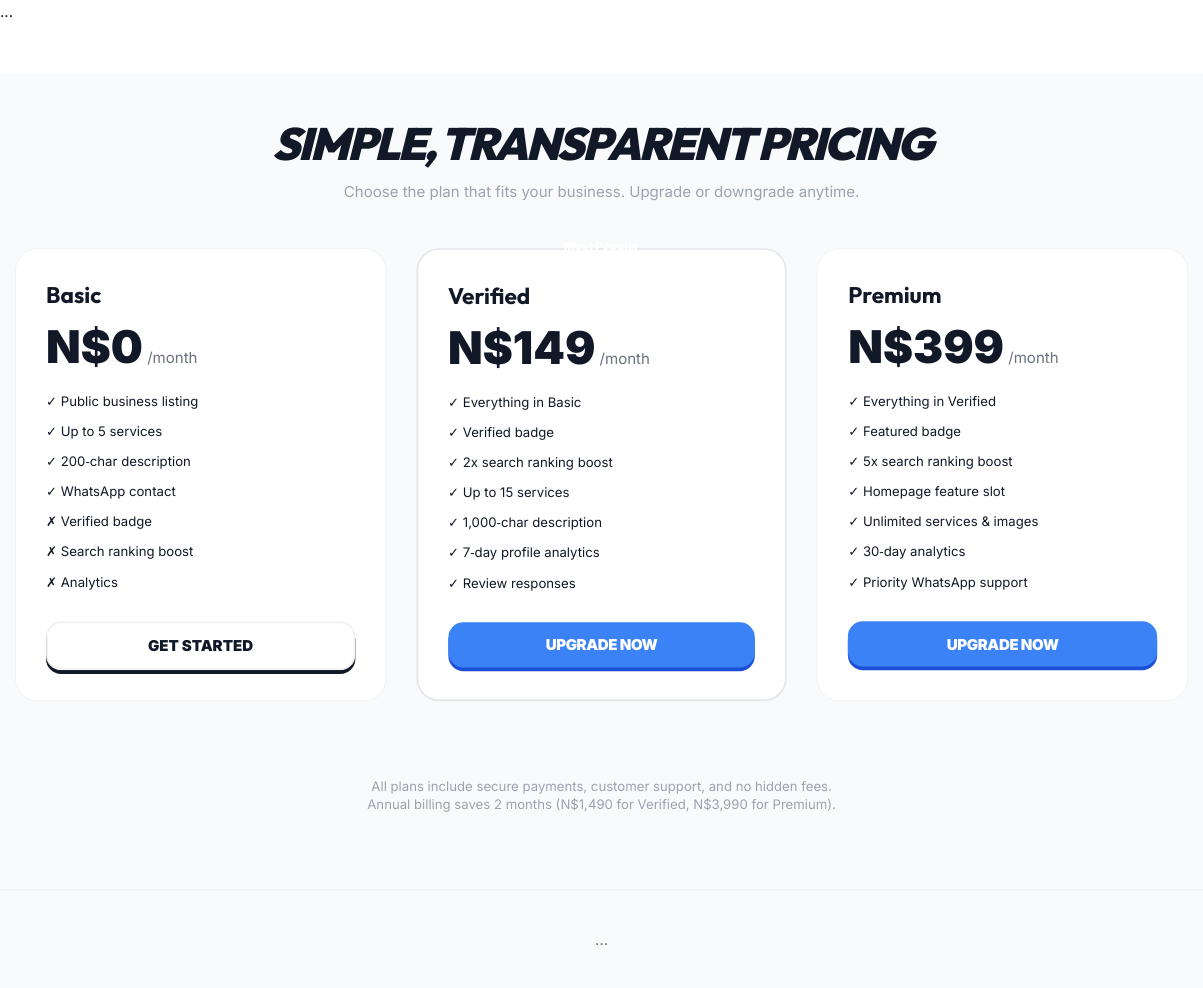
Repository: Paavo12/Localink
Page: frontend/pricing.html
An editor plug-in stored every save of this project. The page is shown before and after the next save, followed by the edit.
The browser window is 1280 px wide. The pictures show the whole page, at 94% of full size.
Some web libraries are served in a nearby version.

Above is the page before, as saved 2026-05-21 10:47:20.

### frontend/pricing.html
<!DOCTYPE html>
<html lang="en">
<head>
  <meta charset="UTF-8">
  <meta name="viewport" content="width=device-width, initial-scale=1.0">
  <title>Pricing – NamibConnect</title>
  <script src="https://cdn.tailwindcss.com"></script>
  <link rel="stylesheet" href="styles.css">
  <script src="script.js" defer></script>
</head>
<body class="bg-[var(--bg-main)] text-[var(--text-main)]">

  <!-- Navbar -->
  <nav class="fixed top-0 left-0 right-0 z-50 glass-nav h-20">...</nav>

  <main class="pt-32 pb-20 max-w-7xl mx-auto px-4">
    <h1 class="text-5xl font-black uppercase italic tracking-tighter text-center mb-4">Simple, transparent pricing</h1>
    <p class="text-center text-gray-400 mb-12">Choose the plan that fits your business. Upgrade or downgrade anytime.</p>

    <div class="grid grid-cols-1 md:grid-cols-3 gap-8">
      <!-- Basic -->
      <div class="bg-[var(--card-bg)] rounded-3xl border border-[var(--border-main)] p-8">
        <h2 class="text-2xl font-bold">Basic</h2>
        <div class="mt-4 mb-6">
          <span class="text-5xl font-black">N$0</span>
          <span class="text-gray-500">/month</span>
        </div>
        <ul class="space-y-3 text-sm">
          <li>✓ Public business listing</li>
          <li>✓ Up to 5 services</li>
          <li>✓ 200‑char description</li>
          <li>✓ WhatsApp contact</li>
          <li>✗ Verified badge</li>
          <li>✗ Search ranking boost</li>
          <li>✗ Analytics</li>
        </ul>
        <div class="mt-8">
          <a href="register.html" class="btn-secondary w-full text-center block">Get Started</a>
        </div>
      </div>

      <!-- Verified -->
      <div class="bg-[var(--card-bg)] rounded-3xl border-2 border-accent p-8 relative">
        <div class="absolute -top-4 left-1/2 transform -translate-x-1/2 bg-accent text-white text-xs font-black px-4 py-1 rounded-full">Most Popular</div>
        <h2 class="text-2xl font-bold">Verified</h2>
        <div class="mt-4 mb-6">
          <span class="text-5xl font-black">N$149</span>
          <span class="text-gray-500">/month</span>
        </div>
        <ul class="space-y-3 text-sm">
          <li>✓ Everything in Basic</li>
          <li>✓ Verified badge</li>
          <li>✓ 2x search ranking boost</li>
          <li>✓ Up to 15 services</li>
          <li>✓ 1,000‑char description</li>
          <li>✓ 7‑day profile analytics</li>
          <li>✓ Review responses</li>
        </ul>
        <div class="mt-8">
          <a href="checkout.html?plan=verified" class="btn-primary w-full text-center block">Upgrade Now</a>
        </div>
      </div>

      <!-- Premium -->
      <div class="bg-[var(--card-bg)] rounded-3xl border border-[var(--border-main)] p-8">
        <h2 class="text-2xl font-bold">Premium</h2>
        <div class="mt-4 mb-6">
          <span class="text-5xl font-black">N$399</span>
          <span class="text-gray-500">/month</span>
        </div>
        <ul class="space-y-3 text-sm">
          <li>✓ Everything in Verified</li>
          <li>✓ Featured badge</li>
          <li>✓ 5x search ranking boost</li>
          <li>✓ Homepage feature slot</li>
          <li>✓ Unlimited services & images</li>
          <li>✓ 30‑day analytics</li>
          <li>✓ Priority WhatsApp support</li>
        </ul>
        <div class="mt-8">
          <a href="checkout.html?plan=premium" class="btn-primary w-full text-center block">Upgrade Now</a>
        </div>
      </div>
    </div>

    <div class="mt-20 text-center text-gray-400 text-sm">
      <p>All plans include secure payments, customer support, and no hidden fees. <br>Annual billing saves 2 months (N$1,490 for Verified, N$3,990 for Premium).</p>
    </div>
  </main>

  <!-- Footer -->
  <footer class="bg-[var(--bg-main)] border-t border-[var(--border-main)] py-10 text-center text-gray-500">...</footer>
</body>
</html>

### frontend/styles.css
/* styles.css – full with dark mode */
@import url('https://fonts.googleapis.com/css2?family=Inter:opsz,wght@14..32,100..900&family=Outfit:wght@100..900&display=swap');

:root {
  --bg-main: #F9FAFB;
  --text-main: #111827;
  --card-bg: #FFFFFF;
  --border-main: rgba(0,0,0,0.05);
  --accent-color: #3b82f6;
}
.dark {
  --bg-main: #0a0c10;
  --text-main: #F9FAFB;
  --card-bg: #161b22;
  --border-main: #30363d;
}
body {
  background-color: var(--bg-main);
  color: var(--text-main);
  transition: background-color 0.3s, color 0.3s;
  font-family: 'Inter', sans-serif;
}
h1, h2, h3, h4, h5, h6 {
  font-family: 'Outfit', sans-serif;
}
.glass-nav {
  background-color: var(--card-bg);
  border-bottom: 1px solid var(--border-main);
  backdrop-filter: blur(12px);
}
.bold-search {
  display: flex;
  align-items: center;
  background-color: var(--card-bg);
  border: 2px solid var(--border-main);
  border-radius: 1.5rem;
  box-shadow: 8px 8px 0 0 rgba(59,130,246,0.1);
  transition: all 0.2s;
}
.bold-search:focus-within {
  box-shadow: 12px 12px 0 0 rgba(59,130,246,0.15);
}
.btn-primary {
  background-color: var(--accent-color);
  color: white;
  padding: 0.75rem 1.5rem;
  border-radius: 1rem;
  font-weight: 900;
  text-transform: uppercase;
  letter-spacing: -0.025em;
  transition: all 0.2s;
  box-shadow: 0 4px 0 0 #1d4ed8;
  display: inline-block;
  text-align: center;
}
.btn-primary:hover {
  background-color: #2563eb;
  transform: translateY(-1px);
}
.btn-secondary {
  background-color: var(--card-bg);
  border: 2px solid var(--border-main);
  color: var(--text-main);
  padding: 0.75rem 1.5rem;
  border-radius: 1rem;
  font-weight: 900;
  text-transform: uppercase;
  transition: all 0.2s;
  box-shadow: 0 4px 0 0 var(--text-main);
  display: inline-block;
  text-align: center;
}
.shadow-neon {
  box-shadow: 0 0 15px rgba(59,130,246,0.5);
}
.badge-verified {
  background-color: rgba(59,130,246,0.1);
  color: var(--accent-color);
  font-size: 0.625rem;
  font-weight: 900;
  padding: 0.25rem 0.5rem;
  border-radius: 9999px;
  text-transform: uppercase;
  letter-spacing: 0.05em;
}
.transition-all {
  transition-property: all;
  transition-timing-function: cubic-bezier(0.4, 0, 0.2, 1);
  transition-duration: 0.2s;
}
.quote-form input, .quote-form textarea {
  background-color: var(--bg-main);
  border: 1px solid var(--border-main);
  border-radius: 1rem;
  padding: 0.75rem 1rem;
  color: var(--text-main);
  font-weight: 500;
  width: 100%;
}
.quote-form input:focus, .quote-form textarea:focus {
  outline: none;
  border-color: var(--accent-color);
}

Loaded but not shown: frontend/script.js (414 lines, source omitted)

After the next save:
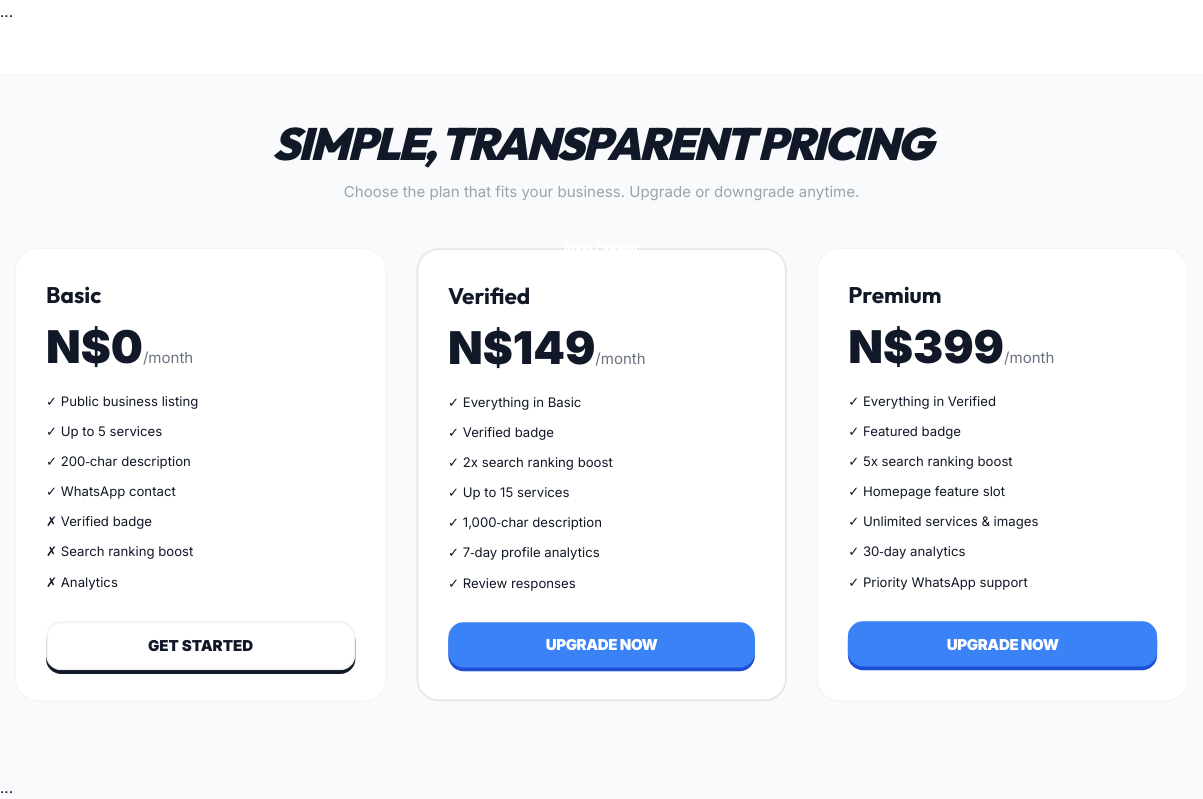
Saved 20 s later.
--- a/frontend/pricing.html
+++ b/frontend/pricing.html
@@ -10,7 +10,7 @@
 </head>
 <body class="bg-[var(--bg-main)] text-[var(--text-main)]">
 
-  <!-- Navbar -->
+  <!-- Navbar (same as search.html) -->
   <nav class="fixed top-0 left-0 right-0 z-50 glass-nav h-20">...</nav>
 
   <main class="pt-32 pb-20 max-w-7xl mx-auto px-4">
@@ -21,74 +21,39 @@
       <!-- Basic -->
       <div class="bg-[var(--card-bg)] rounded-3xl border border-[var(--border-main)] p-8">
         <h2 class="text-2xl font-bold">Basic</h2>
-        <div class="mt-4 mb-6">
-          <span class="text-5xl font-black">N$0</span>
-          <span class="text-gray-500">/month</span>
-        </div>
+        <div class="mt-4 mb-6"><span class="text-5xl font-black">N$0</span><span class="text-gray-500">/month</span></div>
         <ul class="space-y-3 text-sm">
-          <li>✓ Public business listing</li>
-          <li>✓ Up to 5 services</li>
-          <li>✓ 200‑char description</li>
-          <li>✓ WhatsApp contact</li>
-          <li>✗ Verified badge</li>
-          <li>✗ Search ranking boost</li>
-          <li>✗ Analytics</li>
+          <li>✓ Public business listing</li><li>✓ Up to 5 services</li><li>✓ 200‑char description</li>
+          <li>✓ WhatsApp contact</li><li>✗ Verified badge</li><li>✗ Search ranking boost</li><li>✗ Analytics</li>
         </ul>
-        <div class="mt-8">
-          <a href="register.html" class="btn-secondary w-full text-center block">Get Started</a>
-        </div>
+        <div class="mt-8"><a href="register.html" class="btn-secondary w-full text-center block">Get Started</a></div>
       </div>
-
       <!-- Verified -->
       <div class="bg-[var(--card-bg)] rounded-3xl border-2 border-accent p-8 relative">
         <div class="absolute -top-4 left-1/2 transform -translate-x-1/2 bg-accent text-white text-xs font-black px-4 py-1 rounded-full">Most Popular</div>
         <h2 class="text-2xl font-bold">Verified</h2>
-        <div class="mt-4 mb-6">
-          <span class="text-5xl font-black">N$149</span>
-          <span class="text-gray-500">/month</span>
-        </div>
+        <div class="mt-4 mb-6"><span class="text-5xl font-black">N$149</span><span class="text-gray-500">/month</span></div>
         <ul class="space-y-3 text-sm">
-          <li>✓ Everything in Basic</li>
-          <li>✓ Verified badge</li>
-          <li>✓ 2x search ranking boost</li>
-          <li>✓ Up to 15 services</li>
-          <li>✓ 1,000‑char description</li>
-          <li>✓ 7‑day profile analytics</li>
+          <li>✓ Everything in Basic</li><li>✓ Verified badge</li><li>✓ 2x search ranking boost</li>
+          <li>✓ Up to 15 services</li><li>✓ 1,000‑char description</li><li>✓ 7‑day profile analytics</li>
           <li>✓ Review responses</li>
         </ul>
-        <div class="mt-8">
-          <a href="checkout.html?plan=verified" class="btn-primary w-full text-center block">Upgrade Now</a>
-        </div>
+        <div class="mt-8"><a href="checkout.html?plan=verified" class="btn-primary w-full text-center block">Upgrade Now</a></div>
       </div>
-
       <!-- Premium -->
       <div class="bg-[var(--card-bg)] rounded-3xl border border-[var(--border-main)] p-8">
         <h2 class="text-2xl font-bold">Premium</h2>
-        <div class="mt-4 mb-6">
-          <span class="text-5xl font-black">N$399</span>
-          <span class="text-gray-500">/month</span>
-        </div>
+        <div class="mt-4 mb-6"><span class="text-5xl font-black">N$399</span><span class="text-gray-500">/month</span></div>
         <ul class="space-y-3 text-sm">
-          <li>✓ Everything in Verified</li>
-          <li>✓ Featured badge</li>
-          <li>✓ 5x search ranking boost</li>
-          <li>✓ Homepage feature slot</li>
-          <li>✓ Unlimited services & images</li>
-          <li>✓ 30‑day analytics</li>
+          <li>✓ Everything in Verified</li><li>✓ Featured badge</li><li>✓ 5x search ranking boost</li>
+          <li>✓ Homepage feature slot</li><li>✓ Unlimited services & images</li><li>✓ 30‑day analytics</li>
           <li>✓ Priority WhatsApp support</li>
         </ul>
-        <div class="mt-8">
-          <a href="checkout.html?plan=premium" class="btn-primary w-full text-center block">Upgrade Now</a>
-        </div>
+        <div class="mt-8"><a href="checkout.html?plan=premium" class="btn-primary w-full text-center block">Upgrade Now</a></div>
       </div>
-    </div>
-
-    <div class="mt-20 text-center text-gray-400 text-sm">
-      <p>All plans include secure payments, customer support, and no hidden fees. <br>Annual billing saves 2 months (N$1,490 for Verified, N$3,990 for Premium).</p>
     </div>
   </main>
 
-  <!-- Footer -->
-  <footer class="bg-[var(--bg-main)] border-t border-[var(--border-main)] py-10 text-center text-gray-500">...</footer>
+  <footer>...</footer>
 </body>
 </html>
